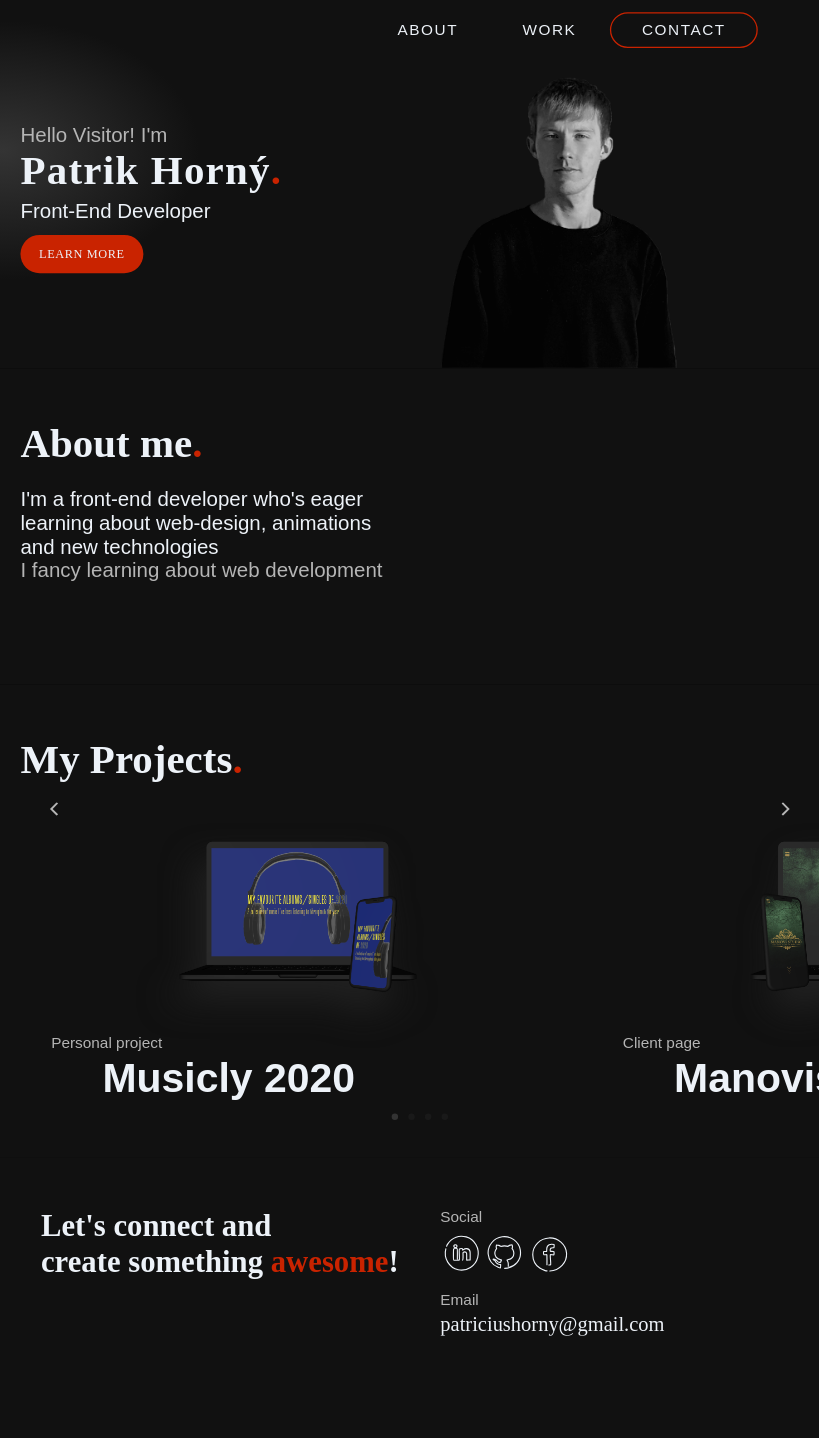
Repository: Spreceriany/portfolio
Page: index.html
An editor plug-in stored every save of this project. The page is shown before and after the next save, followed by the edit.
The browser window is 1280 px wide. The pictures show the whole page, at 64% of full size.
Some web fonts or font styles are not loaded; a fallback is used. The style sheet was rebuilt from its Sass, Less or Tailwind sources for each picture, by a compiler version that may differ from the author's.

Above is the page before, as saved 2021-03-10 22:35:09.

### index.html
<!DOCTYPE html>
<html lang="en">

<head>
    <meta charset="UTF-8">
    <meta http-equiv="X-UA-Compatible" content="IE=edge">
    <meta name="viewport" content="width=device-width, initial-scale=1.0">
    <title>Patrik Horny | Portfolio</title>
    <link rel="stylesheet" href="css/style.css">
    <link rel="preconnect" href="https://fonts.gstatic.com">
    <link href="https://fonts.googleapis.com/css2?family=Asul&family=Chivo:wght@900&display=swap" rel="stylesheet">
    <link rel="stylesheet" href="https://unpkg.com/flickity@2/dist/flickity.min.css">

</head>

<body>
    <header>
        <nav>
            <ul>
                <li><a href="#">About</a></li>
                <li><a href="#">Work</a></li>
                <li><a href="#">Contact</a></li>
            </ul>
            <div class="burger">
                <div class="line1"></div>
                <div class="line2"></div>
                <div class="line3"></div>
            </div>
        </nav>
    </header>

    <main>
        <section class="hero">
            <div class="hero__left-col">
                <p class="gray">Hello Visitor! I'm</p>
                <h1>Patrik Horný<span class="orange">.</span></h1>
                <p>Front-End Developer</p>
                <a href="#" class="btn">Learn more</a>

            </div>
            <div class="hero__right-col">
                <img src="./img/my_photo.png" alt="my-photo">

            </div>
        </section>

        <section class="about">
            <div class="about__left-col">
                <h2>About me<span class="orange">.</span></h2>
                <p>I'm a front-end developer who's eager learning about web-design, animations and new technologies
                </p>
                <p class="gray">I fancy learning about web development</p>
            </div>


        </section>

        <section class="work">
            <h2>My Projects<span class="orange">.</span></h2>
            <div class="carousel">

                <a class="work__item" href="https://musicly2020.netlify.app/">
                    <div class="block">
                        <img srcset="./img/musicly-mob/musicly-sm_aquzlh_c_scale,w_200.png 200w,
                        ./img/musicly-mob/musicly-sm_aquzlh_c_scale,w_662.png 611w,
                         ./img/musicly-lg.png  900w" src="./img/mobile/musicly-sm.png"class="carousel-img" alt="musicly">

                        <small>Personal project</small>
                        <h3>Musicly 2020</h3>
                    </div>
                </a>

                <a class="work__item" href="https://manovistudio.dk/">
                    <div class="block">
                         <img srcset="./img/manovi-mob/manovistudio_euxpyv_c_scale,w_200.png 200w,
                         ./img/manovi-mob/manovistudio_euxpyv_c_scale,w_519.png 433w,
                         ./img/manovi-mob/manovistudio_euxpyv_c_scale,w_741.png 611w,
                         ./img/manovi-lg.png 900w"

                         src="./img/mobile/manovistudio.png" alt="manovistudio">
                         <small>Client page</small>
                         <h3>Manovistudio</h3>
                    </div>

                </a>

                <a class="work__item" href="https://wrappedgreen.netlify.app/">
                    <div class="block">
                          <img srcset="./img/wrapped-mob/wrapped-sm_lgvr6n_c_scale,w_200.png 200w,
                          ./img/wrapped-mob/wrapped-sm_lgvr6n_c_scale,w_583.png 433w,
                          ./img/wrapped-mob/wrapped-sm_lgvr6n_c_scale,w_848.png 644w,
                          ./img/wrapped-lg.png 900w"


                          src="./img/mobile/wrapped-sm.png" alt="wrappedgreen">
                          <small>Landing page</small>
                          <h3>Wrapped Green</h3>
                    </div>

                </a>



                <a class="work__item" href="https://loopstudiovr.netlify.app/">
                    <div class="block">
                        <img srcset="./img/loop-mob/loopstudios-sm_hzrmrv_c_scale,w_200.png 200w,
                        ./img/loop-mob/loopstudios-sm_hzrmrv_c_scale,w_433.png 433w,
                        ./img/loop-mob/loopstudios-sm_hzrmrv_c_scale,w_611.png 611w,
                        ./img/loop-lg.png 900w" src="./img/loop-mob/loopstudios-sm_hzrmrv_c_scale,w_200.png"
                    alt="loopstudios">
                        <small>Landing page</small>
                        <h3>Loopstudios</h3>

                    </div>

                </a>





            </div>

        </section>

        <section class="contact">
            <div class="contact__left-col">
                <h3>Let's connect and</h3>
                <h3>create something <span class="orange">awesome</span>! </h3>
            </div>

            <div class="contact__right-col">
                <small class="gray">Social
                </small>
                <ul>
                    <li><a href="https://www.linkedin.com/in/patrik-horn%C3%BD-42b797205/">
                            <?xml version="1.0" ?><svg height="256px" id="Layer_1" version="1.1" viewBox="0 0 256 256"
                                width="256px" xml:space="preserve" xmlns="http://www.w3.org/2000/svg"
                                xmlns:xlink="http://www.w3.org/1999/xlink">
                                <path class="st0"
                                    d="M34.367,105.308c-15.255,58.994,21.499,118.714,77.309,130.865c54.491,11.864,108.741-24.931,122.132-78.209  c13.576-54.011-18.103-112.414-72.055-127.246C77.289,8.035,39.505,84.527,39.501,88.37" />
                                <path class="st0"
                                    d="M106.662,168.972c-0.36-21.051,0.978-61.432-0.945-63.422  c-1.923-1.99-17.046-7.923-19.883-12.471c-2.838-4.548-2.011-13.662,8.126-13.674s11.419,8.666,8.78,14.31  c-2.64,5.644-17.584,9.811-19.288,12.105c-1.704,2.294-2.429,68.28,0,69.899c2.429,1.619,32.926,1.484,35.624-0.54  c2.699-2.024-3.374-67.47,0-69.09s17.407-1.889,19.162-1.079c1.754,0.81,0.675,7.692,1.889,8.366  c1.214,0.675,10.171-11.177,24.289-9.446c10.46,1.282,19.837,10.121,21.321,18.892s0.899,34.545,0.54,51.817  c-7.197,0.27-14.394,0.675-21.59,0.945c-0.27-14.574,1.08-33.6-0.81-43.586c-1.889-9.986-22.328-9.849-22.13,0  s1.619,43.586-2.699,43.451"
                                    id="linkedin" />
                            </svg>
                        </a></li>
                    <li><a href="https://github.com/Spreceriany">
                            <?xml version="1.0" ?><svg height="256px" id="Layer_2" version="1.1" viewBox="0 0 256 256"
                                width="256px" xml:space="preserve" xmlns="http://www.w3.org/2000/svg"
                                xmlns:xlink="http://www.w3.org/1999/xlink">
                                <path class="st0" d="M128.1,222.073" />
                                <path class="st0"
                                    d="M130.164,226.986c63.917-3.557,108.667-52.057,97.259-116.5c-9.288-52.47-60.722-87.613-112.739-80.577  C61.952,37.041,21.39,85.877,27.386,139.004c5.689,47.857,35.128,70.23,59.685,80.335c5.717,2.353,13.401,5.785,15.997,5.229  c2.596-0.556,1.763-14.95,1.763-21.889c-16,2.459-21.475-3.841-24.875-7.563c-3.857-4.222-6.125-8.563-10.063-14.938  s-11.063-4.875-11.813-8.563s15-2.688,26.313,11.25c8.188,10.146,16.928,7.089,21.625,4.188c0.154-1.612,0.526-3.775,1.438-6.188  c0.967-2.557,3.625-4.104,3.208-5.854c-0.417-1.75-21.804-0.577-34-17.667c-8.809-12.344-9.129-26.955-5.667-37.833  c2.322-7.297,6.196-12.443,8.833-15.417c-1.011-2.162-2.513-6.109-2.583-11.25c-0.076-5.549,1.554-9.796,2.583-12  c3.492,0.104,8.54,0.644,14.25,2.667c5.469,1.937,9.593,4.542,12.333,6.583c4.975-1.671,12.218-3.489,21.083-3.667  c10.135-0.203,18.344,1.819,23.667,3.583c2.616-2.336,6.987-5.648,13.167-7.917c4.489-1.648,8.518-2.229,11.5-2.417  c1.143,2.165,3.075,6.519,3.167,12.332c0.085,5.351-1.426,9.47-2.416,11.664c2.867,3.459,7.394,9.875,9.502,18.995  c0.751,3.249,4.857,20.981-6.996,36.24c-12.408,15.974-33.06,13.524-33.992,15.73c-0.932,2.206,3.964,6.297,6.266,14.877  c2.302,8.58,1.327,24.979,1.327,24.979" />
                            </svg>
                        </a></li>

                    <li><a href="https://www.facebook.com/profile.php?id=100007154296012">
                            <?xml version="1.0" ?><svg height="256px" id="Layer_1" version="1.1" viewBox="0 0 256 256"
                                width="256px" xml:space="preserve" xmlns="http://www.w3.org/2000/svg"
                                xmlns:xlink="http://www.w3.org/1999/xlink">
                                <g>
                                    <path class="st0"
                                        d="M118.489,204.01c0.668-30.724-0.583-59.627-0.514-61.433c0.099-2.572-16.945,1.061-19.046-1.053   c-2.101-2.114-3.309-18.205-0.521-19.591s15.355,1.129,18.007-0.526c2.652-1.655-11.513-55.269,46.601-43.421   c1.589,0.795-0.132,18.732-1.059,20.122c-0.927,1.39-12.708-1.787-19.062,3.177c-6.354,4.964-3.707,18.664-2.383,19.591   c1.324,0.927,20.188,0.198,21.445,1.589s1.456,18.798,0,20.122c-1.456,1.324-20.819-2.41-22.769-1.058   c-1.606,1.113,4.224,60.038,2.558,62.373c-1.666,2.335-7.731,2.133-11.56,2.226" />
                                    <path class="st0"
                                        d="M136.577,243.358c60.912-1.648,108.145-53.478,104.395-110.472c-3.662-55.647-54.02-97.612-108.923-95.753   C76.39,39.017,29.02,85.605,29.68,141.555c1.549,87.443,85.505,102.61,89.2,101.551" />
                                </g>
                            </svg>
                        </a></li>
                </ul>
                <small class="gray">Email</small>
                <a href="mailto:patriciushorny@gmail.com">patriciushorny@gmail.com</a>
            </div>

        </section>
    </main>

    <script src="https://unpkg.com/flickity@2/dist/flickity.pkgd.min.js"></script>

    <script src="js/script.js"></script>

</body>

</html>

### js/script.js
var elem = document.querySelector(".carousel");
var flkty = new Flickity(elem, {
  contain: true,

  prevNextButtons: true,
  pageDots: true,
  cellAlign: "left",
  contain: true,
  wrapAround:true,

});

### css/style.scss
$white-ish: #edf2f8;
$orange: rgb(201, 35, 0);
$gray: #b5b5b5;
$black: #111111;

body {
  font-family: "Asul", "Chivo", sans-serif;
  margin: auto;
  max-width: 1920px;
  overflow-x: hidden;
  background: radial-gradient(
    59.93% 44.1% at -11.63% 36.77%,
    #343434 0%,
    #111111 100%
  );
}

* {
  box-sizing: border-box;
  margin: 0;
  padding: 0;
  -webkit-font-smoothing: antialiased;
  -moz-osx-font-smoothing: grayscale;
}

.orange {
  color: $orange;
}

.gray {
  color: $gray;
}

@mixin clamping($min, $mid, $max) {
  font-size: clamp($min, $mid, $max);
}

@mixin grid($breakpoint){
  display:grid;
  grid-template-columns: 1fr;
  @media(min-width:$breakpoint){
    grid-template-columns: 1fr 1fr;
  }
}

header {
  max-width: 1440px;
  margin: 0 auto;
  min-height: 13vh;
  position: absolute;
  top: 0;
  left: 0;
  right: 0;
  display: flex;
  justify-content: flex-end;
  z-index: 2;
  nav {
    min-height: 10vh;
    display: flex;
    align-items: center;
    top: 0;
    right: 0;

    .burger {
      cursor: pointer;
      margin-right: 2em;
      @media (min-width: 996px) {
        display: none;
      }
      div {
        background-color: $orange;
        margin: 0.3em;
        transition: transform 500ms ease, opacity 500ms ease, width 500ms ease;
        &:nth-child(1) {
          width: 1.5em;
          height: 0.2em;
        }
        &:nth-child(2) {
          width: 1em;
          height: 0.2em;
        }

        &:nth-child(3) {
          width: 0.6em;
          height: 0.2em;
        }
      }
    }

    ul {
      margin-left: auto;
      display: none;
      @media (min-width: 992px) {
        display: block;
      }

      li {
        display: inline-block;
        padding: 0.5em 2em;
        font-size: 1.5rem;
        text-transform: uppercase;
        cursor: pointer;

        &:last-of-type {
          border: 2px solid $orange;
          border-radius: 9999px;
          background-image: linear-gradient($orange, $orange);
          background-position: 50% 50%;
          background-repeat: no-repeat;
          background-size: 0% 100%;
          transition: background-size 0.3s;
          margin-right: 4em;
          &:hover {
            background-size: 100% 100%;
          }
        }

        &:not(:last-child) a:hover {
          color: $orange;
        }
        a {
          width: 100%;
          text-decoration: none;
          color: $white-ish;
          letter-spacing: 0.1em;
          transition: color 0.3s ease-out;
        }
      }
    }
  }
}

main {
  margin: 0 auto;
  background-color: black;
}

.btn {
  background-color: $orange;
  padding: 1em 0.7em;
  color: $white-ish;
  border-radius: 9999px;
  width: 10em;
  flex-shrink: 0;
  text-align: center;
  text-decoration: none;
  text-transform: uppercase;
  font-family: "Chivo";
  letter-spacing: 0.05em;
  margin: 1em 0;
  @include clamping(.8rem,3vw ,1.2rem );
  &:hover {
    background-color: transparent;
  }
  @media(min-width:556px){

    padding: 1em .5em;

  }
}

.hero {
  width: 100%;

  margin: 0 auto;
  min-height: 80vh;
  @media(min-width:556px){
    max-height: 100vh;
  }
  background: radial-gradient(
    59.93% 44.1% at -11.63% 36.77%,
    #343434 0%,
    #111111 100%
  );
  @media(min-width:556px){
    background: radial-gradient(23.93% 35.1% at 0.37% 40.77%, #343434 0%, #111111 100%);
  }
  align-items: center;
  color: $white-ish;
  position: relative;
  @include grid(556px);

  &__left-col {
    display: flex;
    flex-direction: column;
    padding-left: 2em;
    padding-top: 4em;
    ul {
      list-style-type: none;
      li {
        display: inline-flex;
        width: 2em;
        img {
          width: 100%;
        }
      }
    }

    p {
      @include clamping(1rem, 3vw, 2rem);
    }

    h1 {
      @include clamping(2rem, 5vw, 6rem);
      margin-bottom: 0.1em;
      letter-spacing: 0.03em;
      font-family: "Chivo";
    }
  }

  &__right-col {
    position: relative;

    display: flex;
    flex-direction: column;
    align-items: flex-end;
    width: 100%;
    height: 100%;
    &::after {
      content: "";
      position: absolute;
      width: 100%;
      height: 100%;
      bottom: 0;
      left: 0;
      box-shadow: inset 0 -10px 10px -10px #000000;
      @media(min-width:556px){
        box-shadow: none;
      }
    }
    img {
      position: absolute;
      width: 70%;
      right: 0;
      bottom: 0;
      @media(min-width:556px){
        max-width: 90%;
        object-fit: contain;
        height: 80%;
        left:0;
        right: auto;
      }
    }
  }
}

.about {
  width: 100%;
  padding: 5em 0 10em 0;
  background-color: #111111;
  color: $white-ish;
  display: grid;

  @include grid(556px);
  &__left-col {
    padding: 0 2em;
    h2 {
      font-family: "Chivo";
      @include clamping(2rem, 5vw, 6rem);
      margin-bottom: 0.5em;
    }
    p{
      @include clamping(1.2rem, 3vw, 2rem);
    }
  }


}

.work {
  width: 100%;
  padding: 5em 0;
  position: relative;
  background-color: $black;
  padding-left: 2em;
  h2 {
    color: $white-ish;
    font-family: "Chivo";

    @include clamping(2rem, 5vw, 6rem);

  }
  &__item {
    position: relative;
    width: 69%;
    height: 100%;
    margin-right: 2em;
    display: flex;
    flex-direction: column;
    padding-bottom: 2em;


    .link{
      opacity:0;
      position: absolute;
      top: 100%;
      left: 24%;
      text-decoration: none;
      color: $white-ish;
      border:1px solid $white-ish;
    }


    .block{
      height: 100%;
    }
    .block:hover {
      .link{
        opacity:1;
        z-index: 5;
      }



    }
    img {
      width: 100%;
      height: 100%;
      object-fit: contain;
      position: relative;
    }
    &:nth-child(odd) img {
      filter: drop-shadow(-17px 31px 25px rgb(32, 32, 32));
    }
    &:nth-child(even) img {
      filter: drop-shadow(20px 31px 25px rgb(32, 32, 32));
    }

    small {
      display: block;
      color: $gray;
      font-size: clamp(0.8rem, 3vw, 1.5rem);
    }
    h2 {
      color: $white-ish;
      font-family: "Asul";
      letter-spacing: 0.02em;
      padding-left: 0;
      font-weight: normal;
      @include clamping(1.7rem, 5vw, 6rem);
    }

    h3{
      @include clamping(1.7rem, 5vw, 4rem);
      color: $white-ish;
    }

    small,
    h3 {
      position: absolute;
      margin-top: 1.5em;
      top: 74%;
      padding-left: 2em;

      @media(min-width:1000px){
        margin-top:  0.8em;
      }
    }
  }
}

.carousel{
  width:100%;
  height:50vh;
  @media(min-width:1212px){
    height: 70vh;
  }

}




.flickity-viewport{
  height: 100% !important;
}

.contact{
  width: 100%;
  padding: 5em 0 10em 2em;
  background: $black;
  color: $white-ish;
  display: grid;
  grid-template-columns: 1fr;
  @media(min-width:556px){
    grid-template-columns: 1fr 1fr;
  }


  &__left-col{
    margin-bottom: 2em;
    font-family: 'Asul';
    padding: 0em 2em;
    @media(max-width:556px){
      padding: 0;
    }
    h3{
      @include clamping(2rem, 5vw, 3rem);


      .orange{

        font-weight: bold;


      }
    }
  }

  &__right-col{
    display: flex;
    flex-direction: column;
    @media(max-width:556px){
      padding:0;
    }
    padding: 0em 2em;

    small{
      @include clamping(.9rem,3vw ,1.5rem );
      margin-bottom: .2em ;
    }

    svg {
      width: 100%;
      height: 100%;
      fill: none;
      stroke: #edf2f8;
      stroke-width: 7;
      stroke-linecap: round;
      stroke-linejoin: round;
      stroke-miterlimit: 10;
      transition: stroke 0.3s, transform 0.3s ease-in;
      &:hover {
        stroke: $orange !important;
        transform: translateY(-2px);
      }
    }

    ul {
      list-style-type: none;
      li {
        display: inline-flex;
        width: 3em;
        @media(min-width:556px){
          width: 4em;
          margin-bottom: 1.5em;
        }
        img {
          width: 100%;
        }
      }
    }

    a{
      @include clamping(1.5rem, 5vw, 2rem);
      position: relative;
      display: inline-block;
      color: $orange;
      overflow: hidden;
      background: linear-gradient(to right, $orange, $orange 50%, $white-ish 50%);
      background-clip: text;
      -webkit-background-clip: text;
      -webkit-text-fill-color: transparent;
      background-size: 200% 100%;
      background-position: 100%;
      transition: background-position 275ms ease;
      text-decoration: dashed;
      font-family: 'Chivo';
      &:hover {
        background-position: 0 100%;
      }
    }
  }
}

.flickity-prev-next-button{
  top: 8% !important;
  width: 27px !important;
  height: 27px !important;
  border-radius: none !important;
  transform: translateY(-50%);
  margin: 0 1em;

  @media(min-width:556px){
    margin:0 2em;
    width: 35px !important;;
    height: 35px !important;
  }
}

.flickity-button {
  position: absolute;
  background: transparent !important;
  border: none;
  color: $gray !important;
}

After the next save:
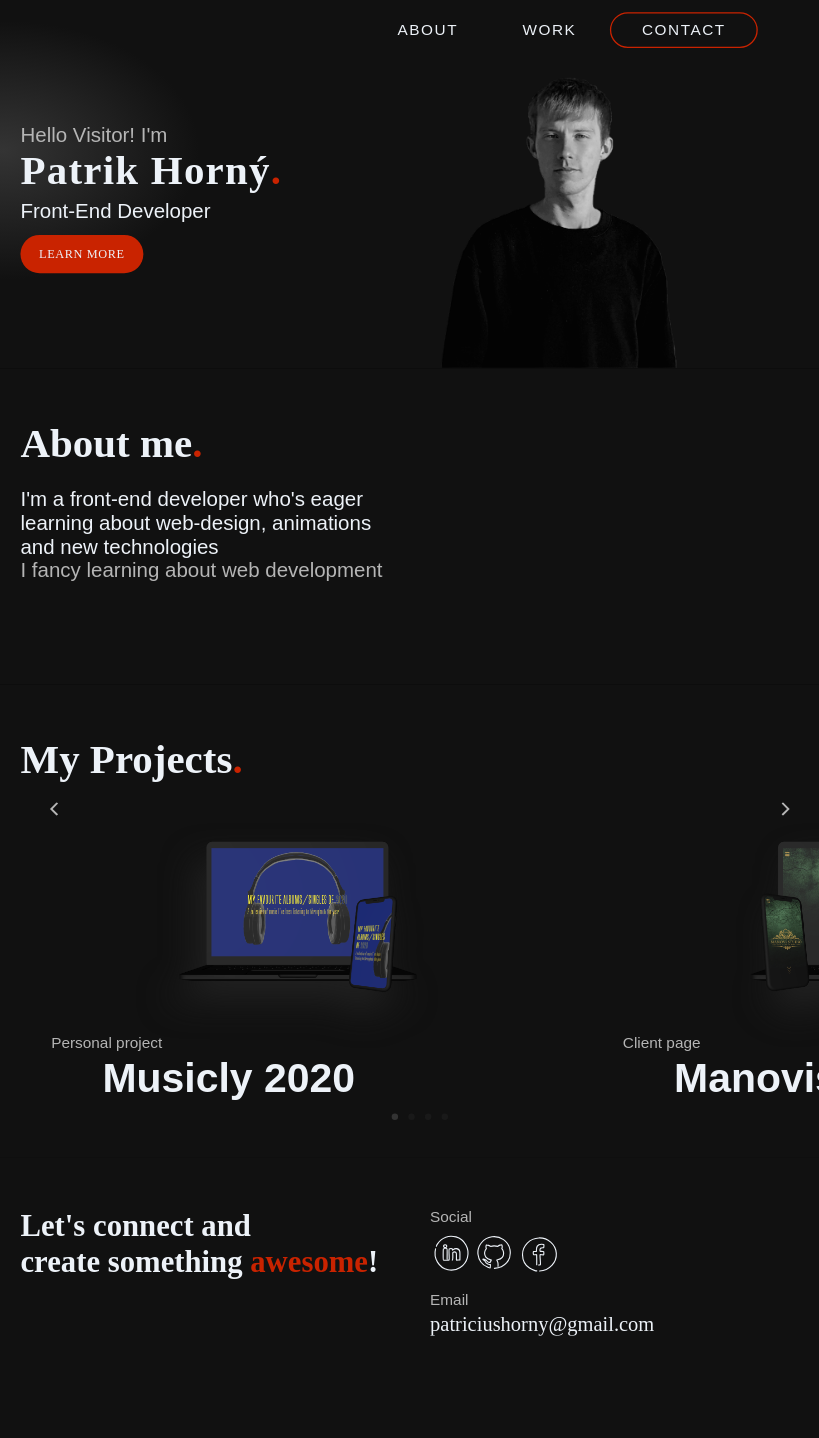
Saved 115 s later.
--- a/css/style.scss
+++ b/css/style.scss
@@ -377,7 +377,7 @@ main {
 
 .contact{
   width: 100%;
-  padding: 5em 0 10em 2em;
+  padding: 5em 0 10em 0em;
   background: $black;
   color: $white-ish;
   display: grid;
